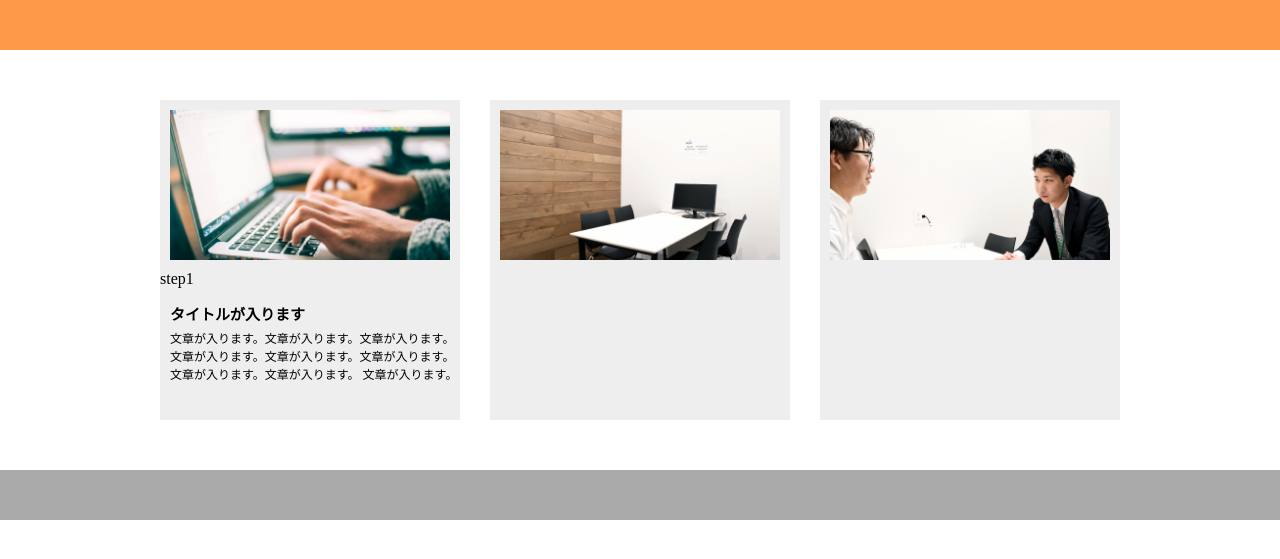
Repository: chihuyu3369/curriculum
Page: chapter9/index.html
The author's editor kept a record of every edit. The page is drawn from the files as they stood at one moment, then again after the next edit.
The browser window is 1280 px wide. The pictures show the whole page.

Above is the page before.

After the next edit:
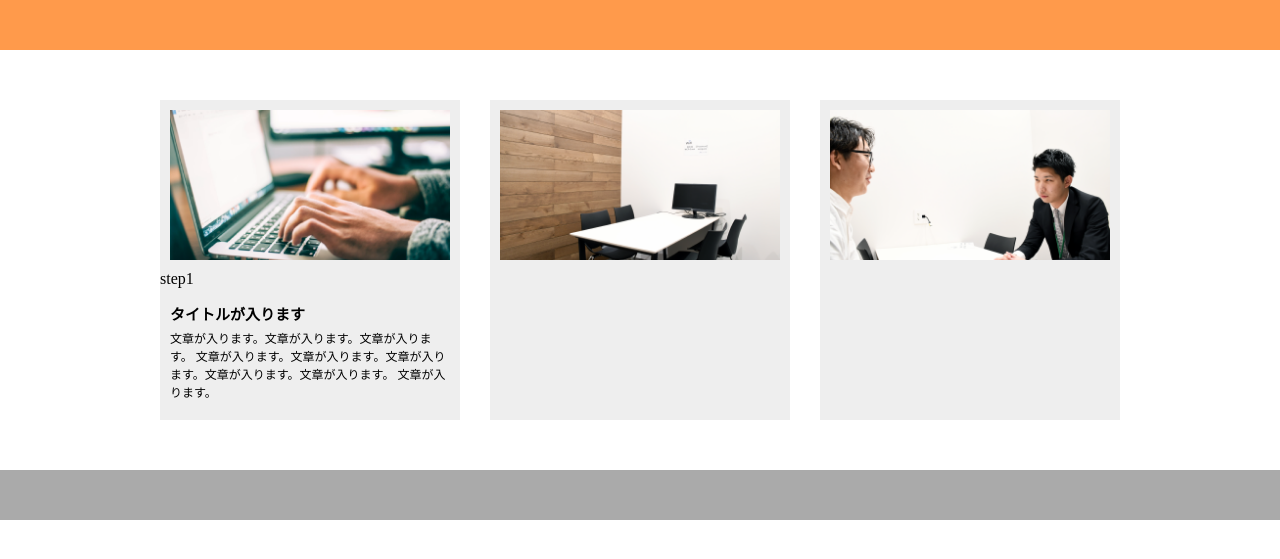
The edit:
--- a/chapter9/index.html
+++ b/chapter9/index.html
@@ -17,9 +17,9 @@
       <div class="main-visual-img"></div>
       <span class="step">step1</span>
       <h3 class="title">タイトルが入ります</h3>
-      <p class="text">文章が入ります。文章が入ります。文章が入ります。
-      文章が入ります。文章が入ります。文章が入ります。文章が入ります。文章が入ります。
-      文章が入ります。</p>
+      <p class="text">文章が入ります。文章が入ります。文章が入りま<br>す。
+      文章が入ります。文章が入ります。文章が入り<br>ます。文章が入ります。文章が入ります。
+      文章が入<br>ります。</p>
 
 
     </div>
